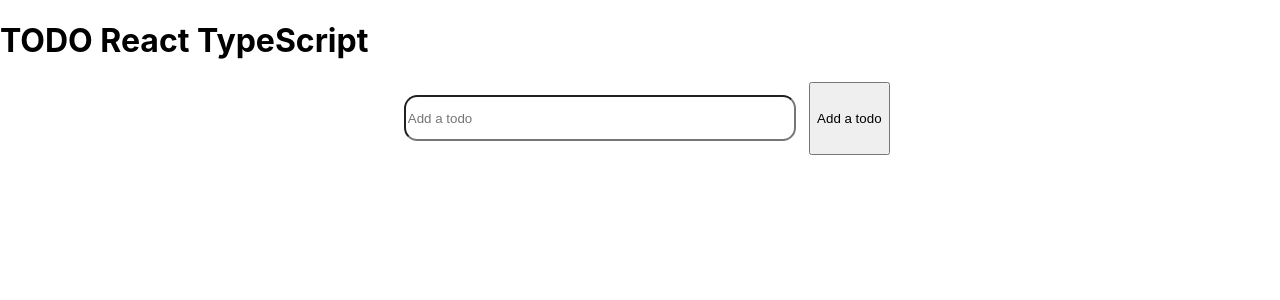
Repository: gligor99/todo-ts-react
Page: /
The author's editor kept a copy of each file at every save. The page is drawn from the files as they stood at one save, then again after the next save.
The browser window is 1280 px wide. The pictures show the whole page.
The project was rebuilt for these pictures with package versions that can differ from the ones it lists, and the page was loaded fresh each time. Also part of the build but not shown: src/components/TodoListItem.tsx.

Above is the page before, as saved 2021-11-19 21:28:07.

After the next save:
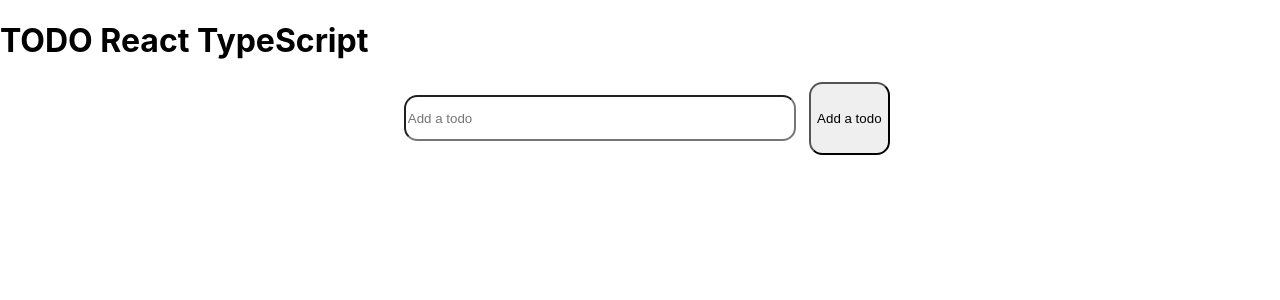
Saved 28 s later.
--- a/src/App.css
+++ b/src/App.css
@@ -8,3 +8,6 @@
     border-radius: 1em;
     width: 30%;
 }
+.todo-button {
+    border-radius: 1em;
+}
